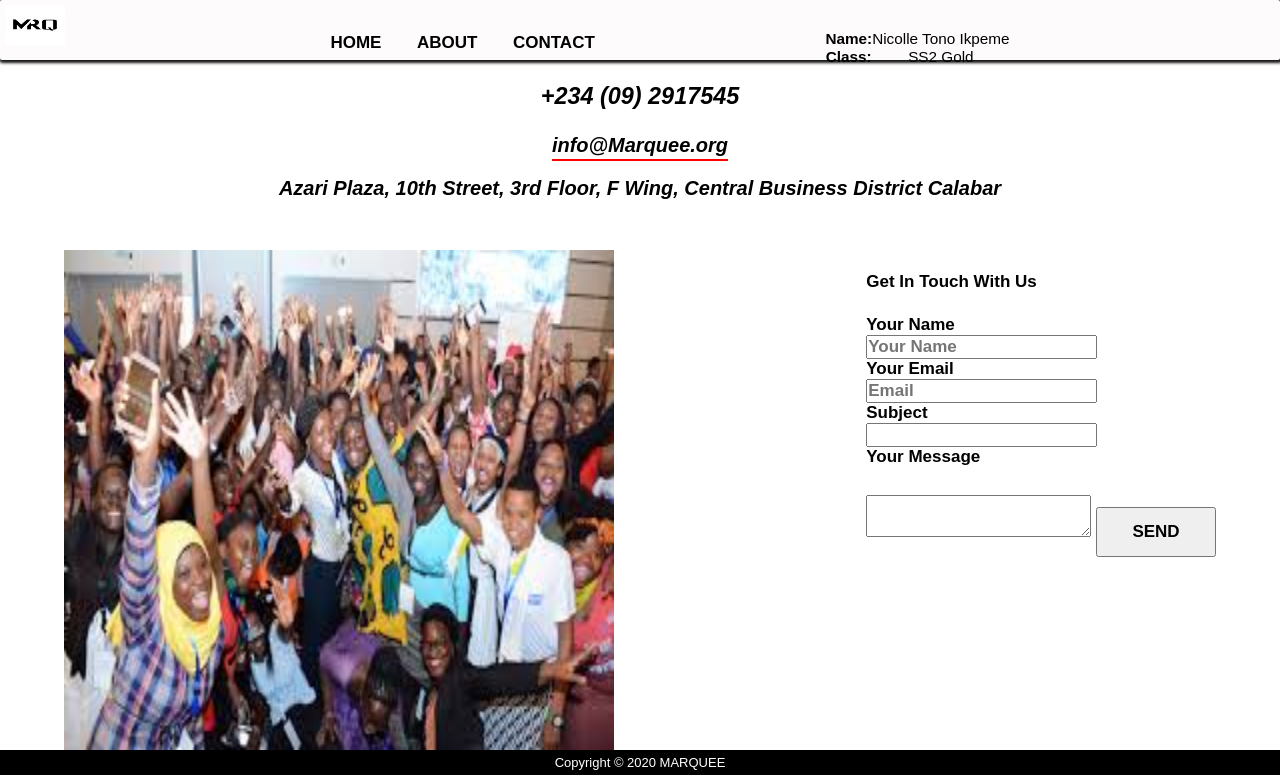
Repository: pboi18/Marquee.org
Page: contact.html
The author's editor kept a copy of each file at every save. The page is drawn from the files as they stood at one save, then again after the next save.
The browser window is 1280 px wide. The pictures show the whole page.

Above is the page before, as saved 2020-07-11 21:39:40.

After the next save:
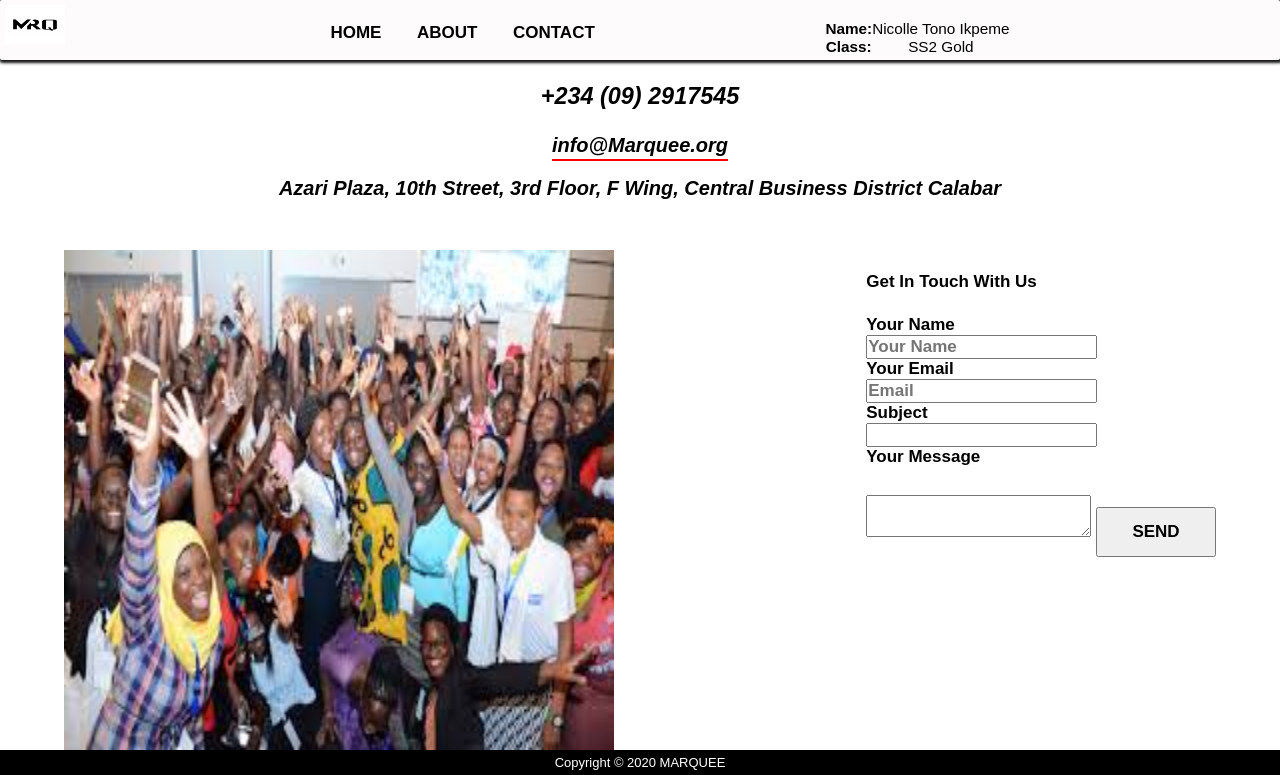
Saved 5 s later.
--- a/style.css
+++ b/style.css
@@ -70,7 +70,7 @@ label {
     border-bottom: 3px solid rgb(158, 0, 0);
 }
 .id {
-    display: inline-flex;
+    display: inline;
     padding: 10px;
     font-size: 90%;
 
